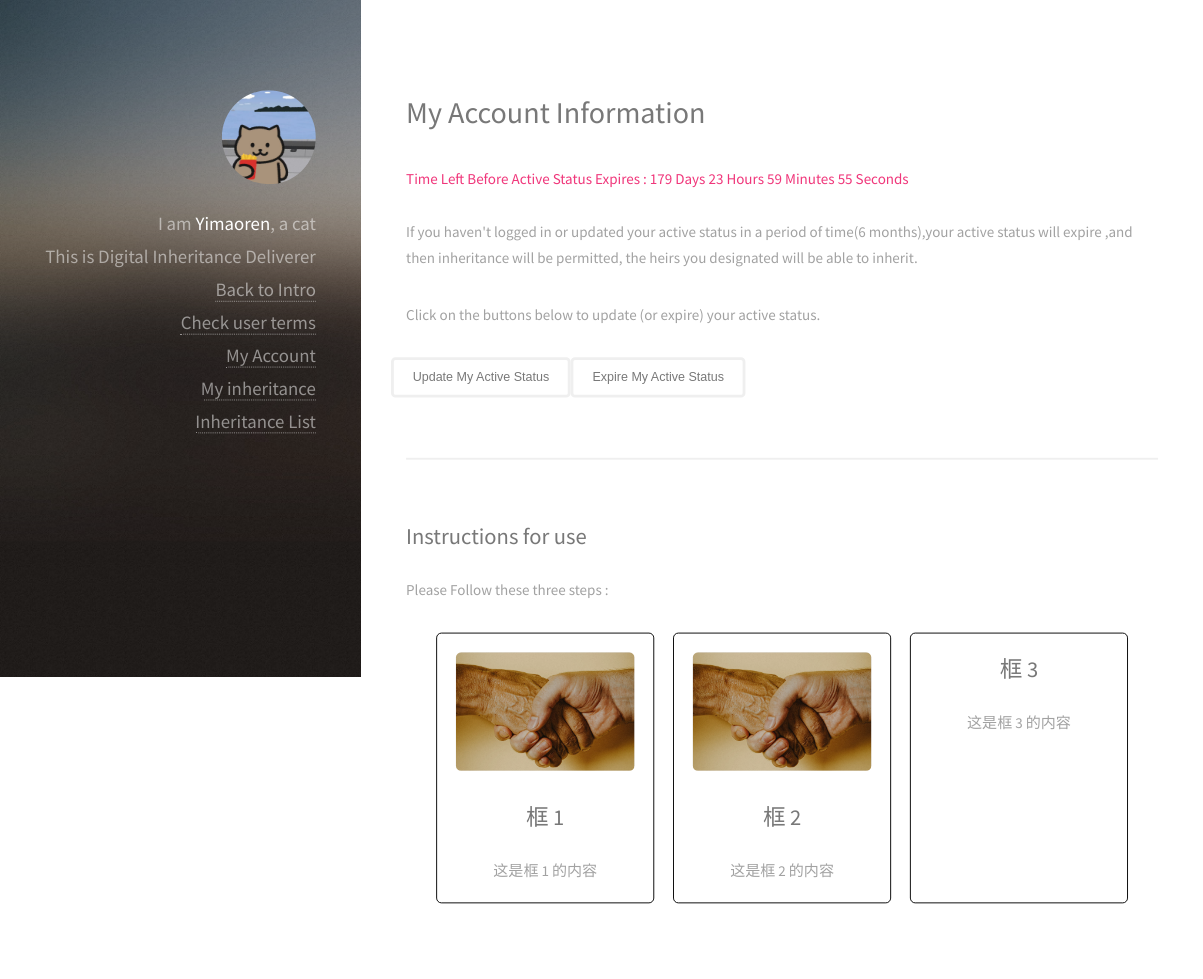
Repository: 1mocat/DID-blockchain-project
Page: Digital_I_D/app/src/myaccount.html
These files come from the project's save history. The page is drawn as it stood at one moment and after the next save; the edit follows.
The browser window is 1280 px wide. The pictures show the whole page, at 94% of full size.

Above is the page before, as saved 2023-10-02 18:17:46.

After the next save:
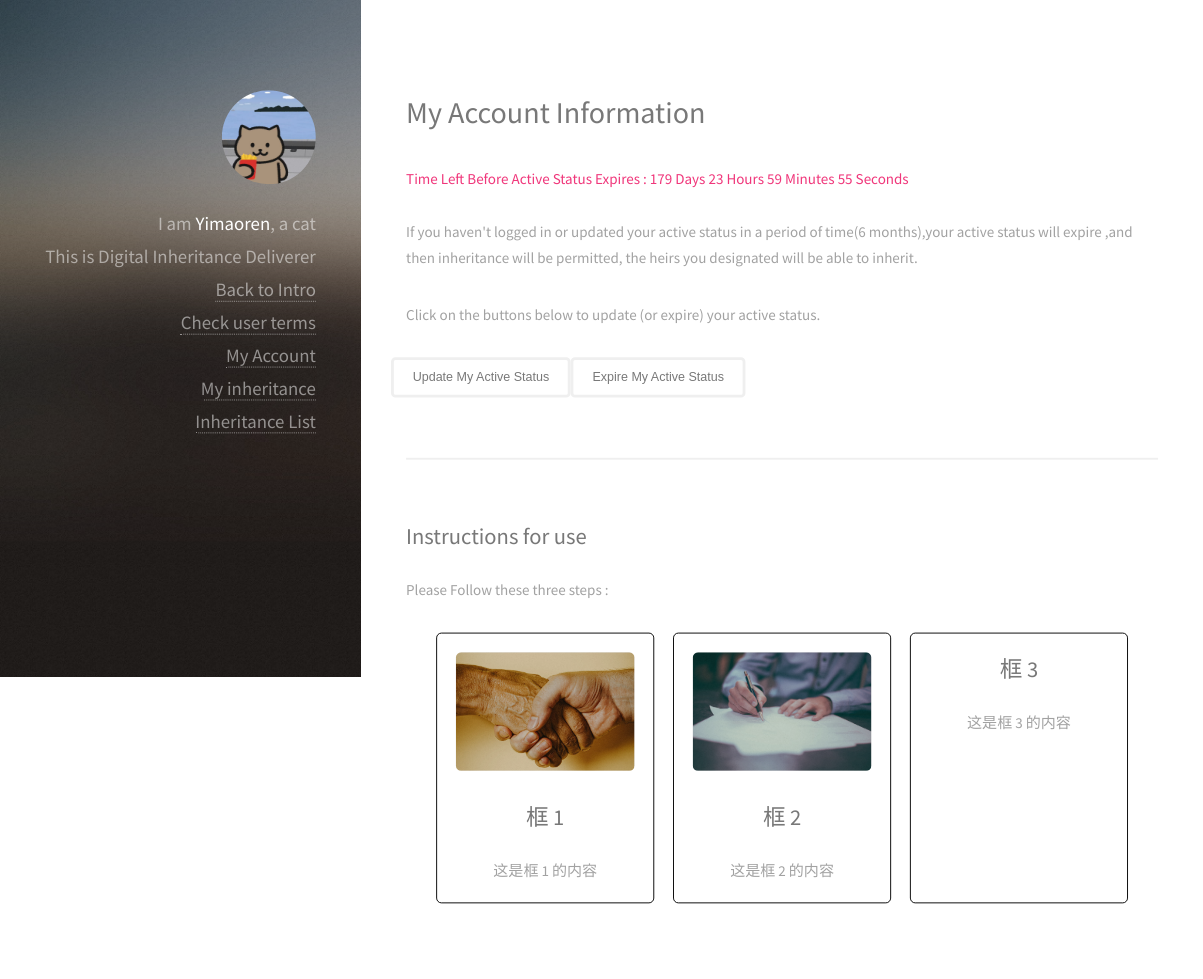
Saved 5 s later.
--- a/Digital_I_D/app/src/myaccount.html
+++ b/Digital_I_D/app/src/myaccount.html
@@ -114,7 +114,7 @@
 					<p>这是框 1 的内容</p>
 				</div>
 				<div class="box">
-					<a href="images/my_img/testament2.jpg" class="image fit"><img src="images/bind.jpg" title="distribution" alt="" /></a>
+					<a href="images/my_img/testament2.jpg" class="image fit"><img src="images/assign.jpg" title="distribution" alt="" /></a>
 					<h2>框 2</h2>
 					<p>这是框 2 的内容</p>
 				</div>
